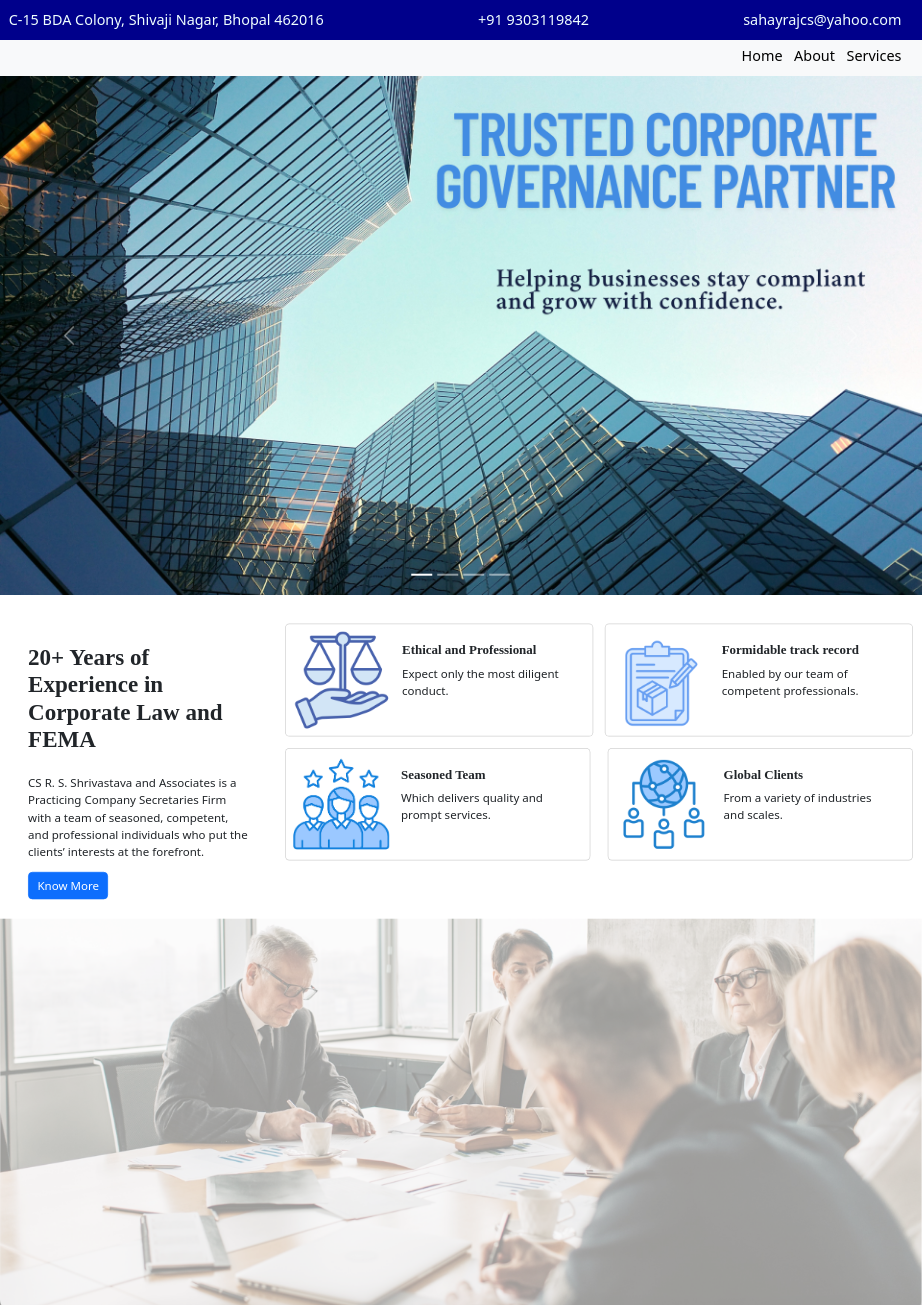
Repository: aayushiss/CS-RSS
Page: index.html
An editor plug-in stored every save of this project. The page is shown before and after the next save, followed by the edit.
The browser window is 1280 px wide. The pictures show the whole page, at 72% of full size.

Above is the page before, as saved 2025-05-15 18:34:54.

### index.html
<!DOCTYPE html>
<html lang="en">

<head>
    <meta charset="UTF-8">
    <meta name="viewport" content="width=device-width, initial-scale=1.0">
    <title>R. S. Shrivastava</title>
    <link href="https://cdn.jsdelivr.net/npm/bootstrap@5.3.3/dist/css/bootstrap.min.css" rel="stylesheet"
        integrity="sha384-QWTKZyjpPEjISv5WaRU9OFeRpok6YctnYmDr5pNlyT2bRjXh0JMhjY6hW+ALEwIH" crossorigin="anonymous">
    <link rel="stylesheet" type="text/css" href="style.css">
</head>

<body>
    <nav class="navbar fixed-top custom-navbar">
        <div class="container-fluid d-flex justify-content-between">
            <a class="navbar-brand" href="https://www.google.com/maps/place/R+S+SHRIVASTAVA+%26+ASSOCIATES/@23.2288499,77.4244091,17z/data=!3m1!4b1!4m6!3m5!1s0x397c425fada83073:0xcb1e8ba90a487f4e!8m2!3d23.228845!4d77.426984!16s%2Fg%2F1td0r8v9?entry=ttu&g_ep=EgoyMDI1MDUxMi4wIKXMDSoASAFQAw%3D%3D" target="_blank">C-15 BDA Colony, Shivaji Nagar, Bhopal 462016</a>
            <a class="navbar-brand" href="#">+91 9303119842</a>
            <a class="navbar-brand" href="mailto:sahayrajcs@yahoo.com">sahayrajcs@yahoo.com</a>
        </div>
    </nav>
    <div class="navbar-space"></div>

    <nav class="navbar sticky-top second-navbar bg-light">
        <div class="container-fluid d-flex justify-content-end">
          <a class="navbar-brand" href="#">Home</a>
          <a class="navbar-brand" href="about.html">About</a>
          <a class="navbar-brand" href="#">Services</a>
        </div>
      </nav>

      <!-- <div class="card text-bg-dark custom-card">
        <img src="images/haveAQuery.avif" class="card-img" alt="...">
        <div class="card-img-overlay">
          <h5 class="card-title">Have a Query?</h5>
          <p class="card-text">This is a wider card with supporting text below as a natural lead-in to additional content. This content is a little bit longer.</p>
          <p class="card-text"><small>Last updated 3 mins ago</small></p>
        </div>
      </div> -->

      <div id="carouselExampleCaptions" class="carousel slide">
        <div class="carousel-indicators">
          <button type="button" data-bs-target="#carouselExampleCaptions" data-bs-slide-to="0" class="active" aria-current="true" aria-label="Slide 1"></button>
          <button type="button" data-bs-target="#carouselExampleCaptions" data-bs-slide-to="1" aria-label="Slide 2"></button>
          <button type="button" data-bs-target="#carouselExampleCaptions" data-bs-slide-to="2" aria-label="Slide 3"></button>
          <button type="button" data-bs-target="#carouselExampleCaptions" data-bs-slide-to="3" aria-label="Slide 4"></button>
        </div>
        <div class="carousel-inner">
          <div class="carousel-item active">
            <img src="images/Trusted corporate governance partner.png" class="d-block w-100" alt="...">
            <div class="carousel-caption d-none d-md-block">
              <!-- <h5>First slide label</h5>
              <p>Some representative placeholder content for the first slide.</p> -->
            </div>
          </div>
          <div class="carousel-item">
            <img src="images/LegalConsultancy.png" class="d-block w-100" alt="...">
          </div>
          <div class="carousel-item">
            <img src="images/companyIncorporation.png" class="d-block w-100" alt="...">
          </div>
          <div class="carousel-item">
            <img src="images/annualFilingReturn.png" class="d-block w-100" alt="...">
          </div>
        </div>
        <button class="carousel-control-prev" type="button" data-bs-target="#carouselExampleCaptions" data-bs-slide="prev">
          <span class="carousel-control-prev-icon" aria-hidden="true"></span>
          <span class="visually-hidden">Previous</span>
        </button>
        <button class="carousel-control-next" type="button" data-bs-target="#carouselExampleCaptions" data-bs-slide="next">
          <span class="carousel-control-next-icon" aria-hidden="true"></span>
          <span class="visually-hidden">Next</span>
        </button>
      </div>
      <div class="container-fluid" style="margin-top: 40px;">

          <div class="row">
            <div class="col-auto" style="width: 30vw;">
              <div class="card" style="border-color: white;">
                <div class="card-body">
                  <h5 class="card-title">20+ Years of
                    Experience in Corporate Law and FEMA</h5>
                  <p class="card-text" style="padding-top: 20px">CS R. S. Shrivastava and Associates is a Practicing Company Secretaries Firm with a team of seasoned, competent, and professional individuals who put the clients’ interests at the forefront.</p>
                  <a href="about.html" class="btn btn-primary">Know More</a>
                </div>
              </div>
            </div>
            <div class="col">
              <div class="row row-cols-2 g-3">
                <div class="col">
                  <div class="card mb-3">
                    <div class="row g-0">
                      <div class="col-md-4">
                        <img src="images/8629542.png" class="img-fluid rounded-start" alt="...">
                      </div>
                      <div class="col-md-8">
                        <div class="card-body">
                          <h5 class="card-title">Ethical and Professional</h5>
                          <p class="card-text">Expect only the most diligent conduct.</p>
                        </div>
                      </div>
                    </div>
                  </div>
                </div>
                <div class="col">
                  <div class="card mb-3">
                    <div class="row g-0">
                      <div class="col-md-4">
                        <img src="images/16919209.png" class="img-fluid rounded-start" alt="...">
                      </div>
                      <div class="col-md-8">
                        <div class="card-body">
                          <h5 class="card-title">Formidable track record</h5>
                          <p class="card-text">Enabled by our team of competent professionals.</p>
                        </div>
                      </div>
                    </div>
                  </div>
                </div>
              </div>
              <div class="row">
                <div class="col">
                  <div class="card mb-3">
                    <div class="row g-0">
                      <div class="col-md-4">
                        <img src="images/images.png" class="img-fluid rounded-start" alt="...">
                      </div>
                      <div class="col-md-8">
                        <div class="card-body">
                          <h5 class="card-title">Seasoned Team
                          </h5>
                          <p class="card-text">Which delivers quality and prompt services.</p>
                        </div>
                      </div>
                    </div>
                  </div>
                </div>
                <div class="col">
                  <div class="card mb-3">
                    <div class="row g-0">
                      <div class="col-md-4">
                        <img src="images/11743537.png" class="img-fluid rounded-start" alt="...">
                      </div>
                      <div class="col-md-8">
                        <div class="card-body">
                          <h5 class="card-title">Global Clients
                          </h5>
                          <p class="card-text">From a variety of industries and scales.</p>
                        </div>
                      </div>
                    </div>
                  </div>
                </div>
              </div>
            </div>
          </div>
      </div>
      <img src="images/haveAQuery.jpg" class="img-fluid" alt="..." style="opacity: .4;">


    <script src="https://cdn.jsdelivr.net/npm/bootstrap@5.3.3/dist/js/bootstrap.bundle.min.js"
        integrity="sha384-YvpcrYf0tY3lHB60NNkmXc5s9fDVZLESaAA55NDzOxhy9GkcIdslK1eN7N6jIeHz"
        crossorigin="anonymous"></script>
</body>

</html>

### style.css
.custom-navbar {
    background-color: darkblue;
}

.custom-navbar .navbar-brand {
    color: azure;
}

.navbar-space {
    margin-top: 50px;
}

.second-navbar .navbar-brand{
    color: black;
}

.custom-card{
    height: 25vh;
}

.custom-card .card-img{
    height: 100%;
    object-fit: cover;
}

.container-fluid .card{
    padding: 10px;
}
.container-fluid .card-title{
font-family: 'Times New Roman', Times, serif;
font-weight: bold;
font-size: xx-large;
}

.container-fluid .col-md-8 .card-title{
font-family: 'Times New Roman', Times, serif;
font-size: large;
}

After the next save:
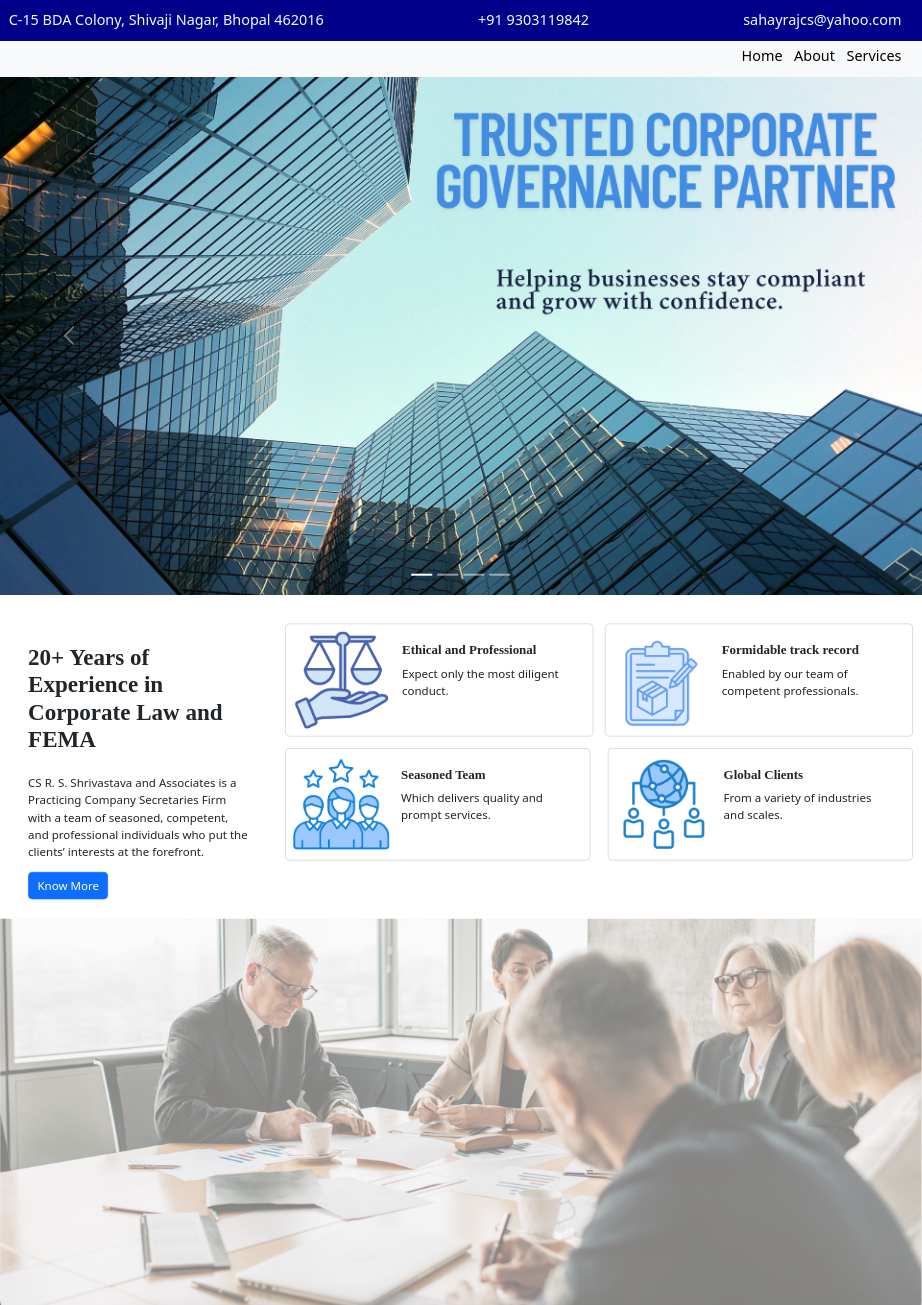
Saved 7 s later.
--- a/index.html
+++ b/index.html
@@ -154,7 +154,7 @@
             </div>
           </div>
       </div>
-      <img src="images/haveAQuery.jpg" class="img-fluid" alt="..." style="opacity: .4;">
+      <img src="images/haveAQuery.jpg" class="img-fluid" alt="..." style="opacity: .5;">
 
 
     <script src="https://cdn.jsdelivr.net/npm/bootstrap@5.3.3/dist/js/bootstrap.bundle.min.js"
